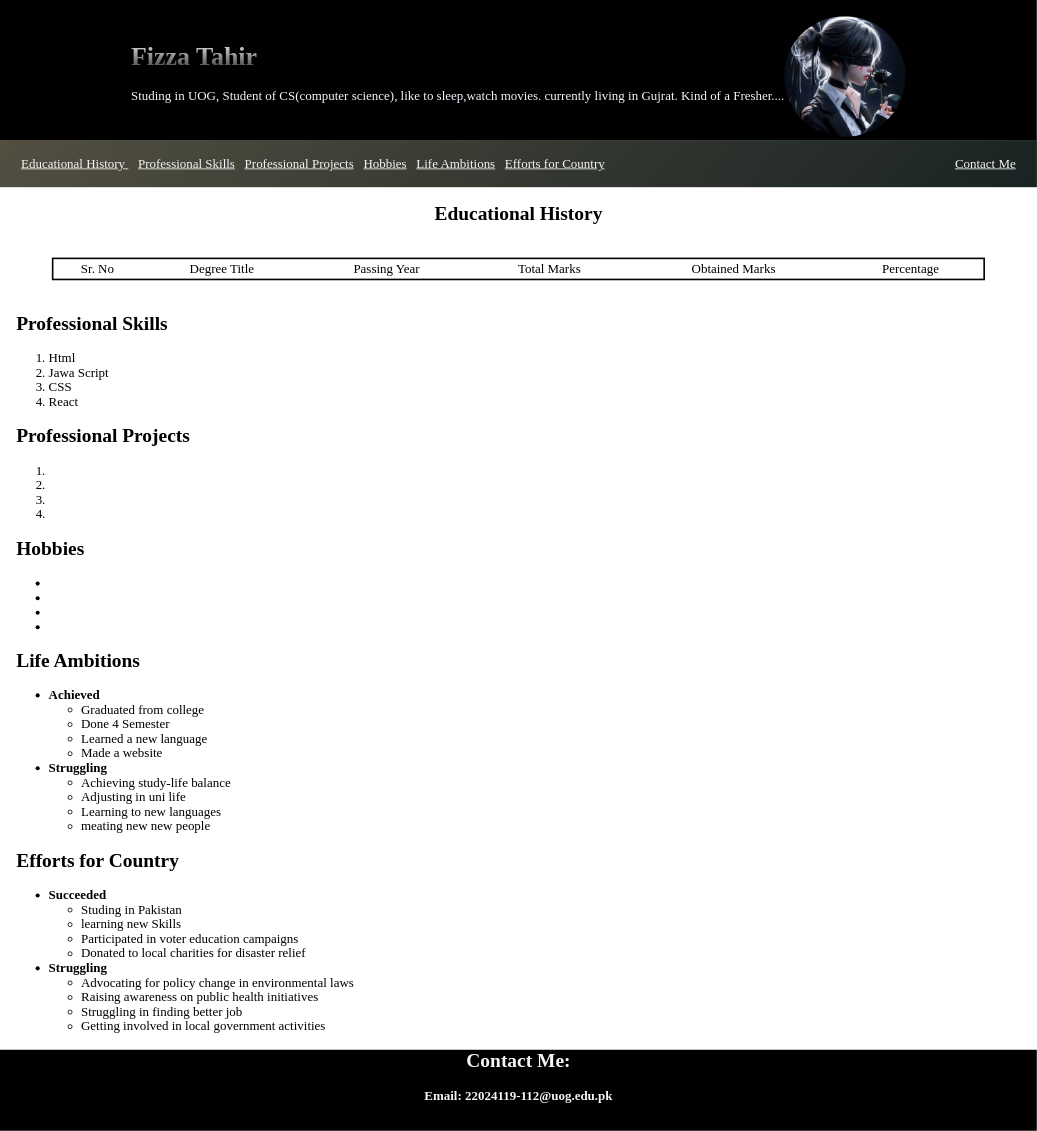
Repository: Fizza-112/project
Page: /
These files come from the project's save history. The page is drawn as it stood at one moment and after a run of saves; the edit follows.
The browser window is 1280 px wide. The pictures show the whole page, at 81% of full size.
The project was rebuilt for these pictures with package versions that can differ from the ones it lists, and the page was loaded fresh each time. Also part of the build but not shown: vite.config.ts.

Above is the page before, as saved 2024-09-16 10:02:40.

### src/App.tsx

import React from 'react'
import "./App.css"
import profileimg from "./assets/WhatsApp Image 2024-09-06 at 9.05.18 AM.jpeg"

const App = () => {
  return (
    <>
    <header>
    <div> <h1 id='name'>Fizza Tahir</h1>
    <p id="intro">Studing in UOG, Student of CS(computer science), like to sleep,watch movies. currently living in Gujrat. Kind of a Fresher....</p>
    </div>
    <div>
      <img  src={profileimg} alt='image' id="image"/>
    </div>
    </header>
    <nav id="nav">
      <div id="">

  <a href='#EducationalHistory'>Educational History </a>

  <a href='#ProfessionalSkills'>Professional Skills</a>
  <a href="#ProfessionalProjects">Professional Projects</a>
  <a href="#Hobbies">Hobbies</a>
  <a href="#life-ambitions">Life Ambitions</a>
  <a href="#efforts-for-country">Efforts for Country</a>
  </div>
  <div>
  <a href="#Contact-Me">Contact Me</a>
  </div>
</nav>

  <div id="EducationalHistory">

    <h2 id="edh">Educational History </h2>
    <table>
  <tr>
    <td>Sr. No</td>
   <td>Degree Title</td>
    <td>Passing Year</td>
    <td>Total Marks</td>
    <td>Obtained Marks</td>
       <td>Percentage</td>
  </tr>
  </table>
  </div>

  <div id="ProfessionalSkills">
<h2>Professional Skills</h2>
<ol>
<li>Html</li>
<li>Jawa Script</li>
<li>CSS</li>
<li>React</li>
</ol>
   </div>

  <div id="ProfessionalProjects">
<h2>Professional Projects</h2>
<ol>
<li></li>
<li></li>
<li></li>
<li></li>
</ol>
   </div>

  <div id="Hobbies">
<h2>Hobbies</h2>
<ul>
<li></li>
<li></li>
<li></li>
<li></li>
</ul>
   </div>

   <div id="life-ambitions">
    <h2>Life Ambitions</h2>
    <ul>
      <li><b>Achieved</b></li>
      <ul>
        <li>Graduated from college</li>
        <li>Done 4 Semester </li>
        <li>Learned a new language</li>
        <li>Made a website </li>
      </ul>
      <li><b>Struggling</b></li>
      <ul>
        <li>Achieving study-life balance</li>
        <li>Adjusting in uni life</li>
        <li>Learning to new languages</li>
        <li>meating new new people</li>
      </ul>
    </ul>
    </div>

    <div id="efforts-for-country">
    <h2>Efforts for Country</h2>
    <ul>
      <li><b>Succeeded</b></li>
      <ul>
        <li>Studing in Pakistan</li>
        <li>learning new Skills</li>
        <li>Participated in voter education campaigns</li>
        <li>Donated to local charities for disaster relief</li>
      </ul>
      <li><b>Struggling</b></li>
      <ul>
        <li>Advocating for policy change in environmental laws</li>
        <li>Raising awareness on public health initiatives</li>
        <li>Struggling in finding better job</li>
        <li>Getting involved in local government activities</li>
      </ul>
    </ul>
  </div>
<div id="Contact-Me">
  <footer id='footer'>
<h2>Contact Me: </h2>
<h4> Email: 22024119-112@uog.edu.pk</h4>
  </footer>
  </div>
    </>
  )
}

export default App

### src/App.css
body{
  margin: 0px;
  padding: 0px;


}
header{
  display: flex;
  align-items: center;
  justify-content: center;
  width: 100%;
  color:aliceblue;
  background-color:black
}
#name{
  background: linear-gradient(#eee, #333);  /* The gradient color */
  -webkit-background-clip: text;       /* Clip the background to the text */
  background-clip: text;              /* For non-WebKit browsers */
  color: transparent;



}
#image{
  width: 150px;
  margin-left: auto !important; /* This pushes the image to the right */
  border-radius: 50%;
  margin-top: 20px;

}
#nav{
  display: flex;
  align-items:center;
  justify-content: space-between;
  padding: 20px;background-color: #524f41;
  background-image: linear-gradient(132deg, #524f41 0%, #1a2323 100%);




}
a{
  color:whitesmoke;
  margin: 6px;

}
table{
  border: 2px solid black;
  justify-content:center;
  align-items:center;
  text-align: center;
 width: 90%;
  margin: 20px;


}
#EducationalHistory{
  width:100%;
  display:flex;
  flex-direction: column;
  justify-content: center;
  align-items:center;
}
#ProfessionalSkills{
  margin-left: 20px;
}
#ProfessionalProjects{
  margin-left: 20px;
}
#Hobbies{
  margin-left: 20px;
}
#life-ambitions{
  margin-left: 20px;
}
#efforts-for-country{
  margin-left: 20px;
}
#footer{
  text-align: center;
  background-color: black;
  color:whitesmoke;
  margin: 20px, 0px 0px, 0px;
  padding:20px,0px;
  height: 100px;
}

Loaded but not shown: index.html (common file); src/main.tsx (common file); src/index.css (no stored copy; drawn as an empty file)

After the next 7 saves:
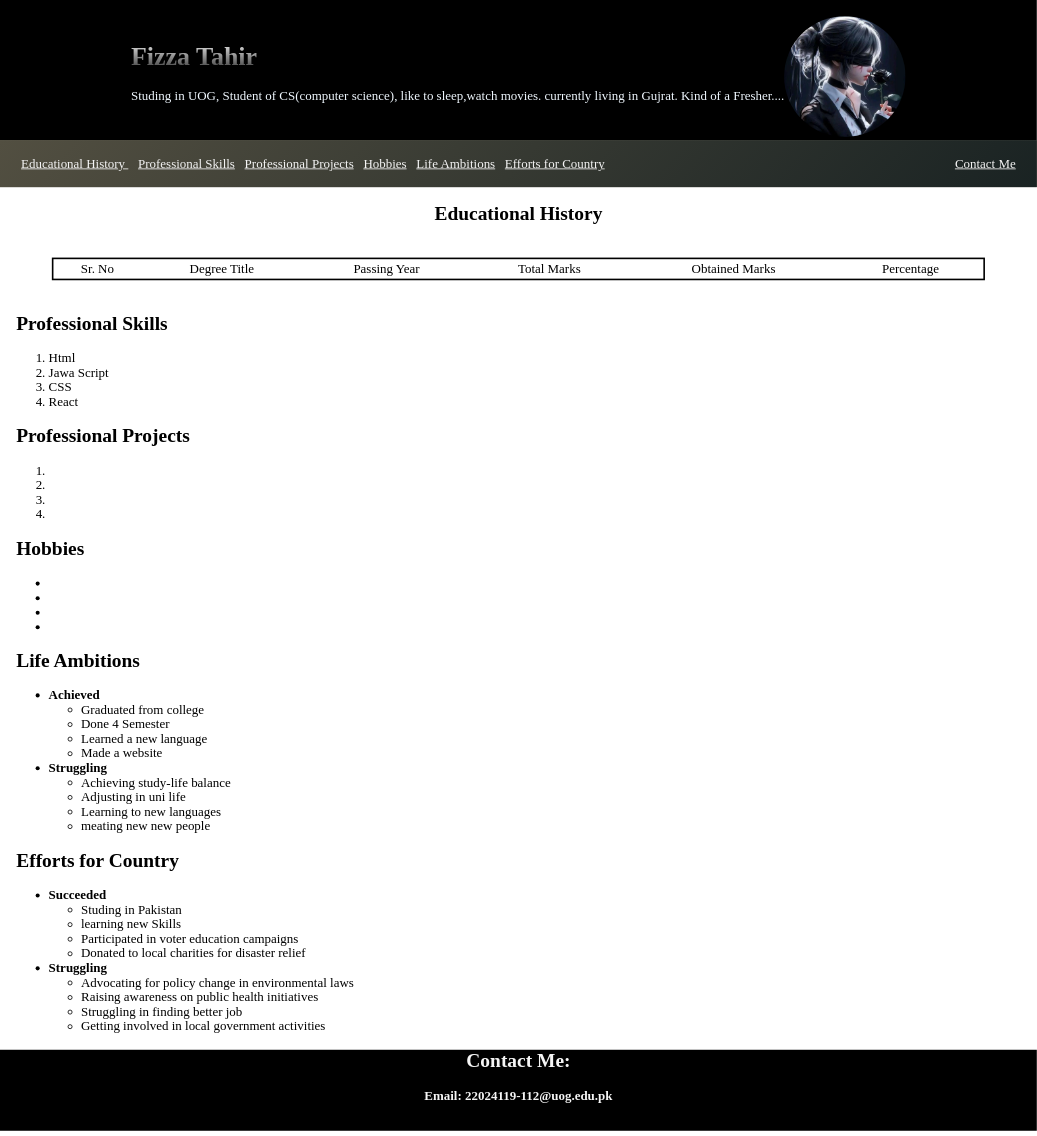
The 7 saves are shown as one change because 1 did not build or start and some came seconds apart.
The last was saved 14 h 17 min later.
--- a/src/App.tsx
+++ b/src/App.tsx
@@ -118,6 +118,9 @@ const App = () => {
   <footer id='footer'>
 <h2>Contact Me: </h2>
 <h4> Email: 22024119-112@uog.edu.pk</h4>
+<div>
+  <a></a>
+</div>
   </footer>
   </div>
     </>
